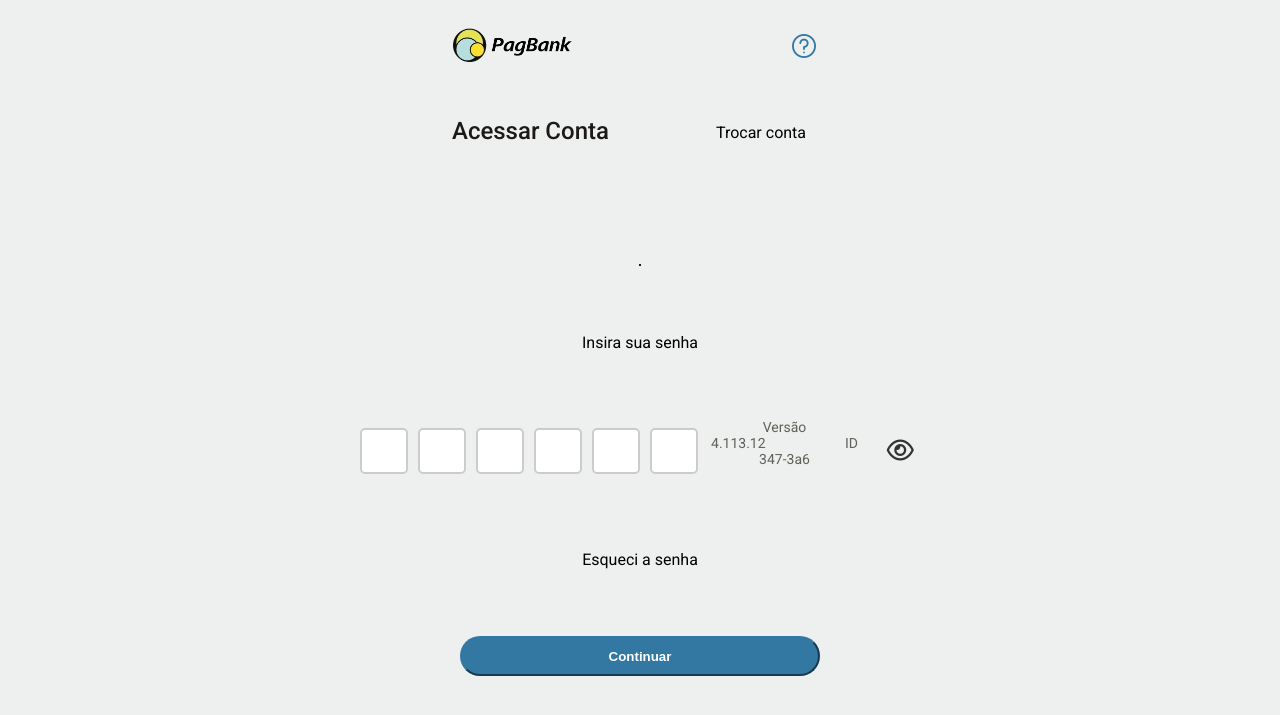
Repository: alfredo-allan/pagseguro
Page: senha.html
The author's editor kept a copy of each file at every save. The page is drawn from the files as they stood at one save, then again after a run of saves.
The browser window is 1280 px wide. The pictures show the whole page.
Some web libraries are served in a nearby version.

Above is the page before, as saved 2024-07-24 16:29:50.
Console error: TypeError: Cannot read properties of undefined (reading 'style')

### senha.html
<!DOCTYPE html>
<html lang="pt-br">
  <head>
    <meta charset="UTF-8" />
    <meta name="viewport" content="width=device-width, initial-scale=1.0" />
    <link rel="icon" href="/favicon.ico" type="image/x-icon" />
    <link rel="stylesheet" href="./style.css" />
    <link rel="preconnect" href="https://fonts.googleapis.com" />
    <link rel="preconnect" href="https://fonts.gstatic.com" crossorigin />
    <link
      href="https://fonts.googleapis.com/css2?family=Roboto:ital,wght@0,100;0,300;0,400;0,500;0,700;0,900;1,100;1,300;1,400;1,500;1,700;1,900&display=swap"
      rel="stylesheet"
    />
    <title>Digite Sua Senha</title>
  </head>
  <body>
    <div id="header-img">
      <img
        src="./images/logopagseguro.png"
        alt=""
        style="width: 120px; position: fixed; margin: -15px -188px"
      />
      <img
        src="./images/sinal-de-interrogacao.png"
        alt=""
        style="position: fixed; margin: 0px 152px"
      />
    </div>
    <div style="display: flex">
      <h1
        style="
          font-weight: 500;
          font-size: 24px;
          color: #1c1916;
          margin-right: 85px;
        "
      >
        Acessar Conta
      </h1>
      <span id="trocar-conta" style="margin: 22px">Trocar conta</span>
    </div>
    <div
      id="linha"
      style="color: #1c1916; border: 1px solid; margin-top: 32px"
    ></div>
    <span>Insira sua senha</span>
    <div class="password-container">
      <div class="password-box">
        <input type="password" maxlength="1" class="password-input" />
        <input type="password" maxlength="1" class="password-input" />
        <input type="password" maxlength="1" class="password-input" />
        <input type="password" maxlength="1" class="password-input" />
        <input type="password" maxlength="1" class="password-input" />
        <input type="password" maxlength="1" class="password-input" />
      </div>
      <div
        id="versao"
        style="
          text-align: center;
          margin-bottom: 15px;
          color: #616159;
          font-size: 14px;
        "
      >
        <span style="margin-right: 44%">Versão 4.113.12</span>
        <span>ID 347-3a6</span>
      </div>
      <button id="toggle-password" class="toggle-password">
        <i id="eye-icon" class="fa fa-eye"></i>
      </button>
    </div>
    <span>Esqueci a senha</span>
    <button
      style="
        margin-bottom: 10px;
        height: 40px;
        width: 360px;
        border-radius: 20px;
        background-color: var(--cor--azul);
        color: white;
        font-weight: 800;
        border-color: var(--cor--azul);
      "
      id="btn-continuar"
    >
      Continuar
    </button>
    <script src="https://kit.fontawesome.com/a076d05399.js"></script>
    <script src="script.js"></script>
  </body>
</html>

### style.css
:root {
  --main-font: "Roboto", sans-serif;
  --cor--cinza: #eef0f0;
  --cor--cinza-escuro: #616159;
  --cor--preto: #1c1916;
  --cor--azul: #3378a3;
}

body {
  background-color: var(--cor--cinza);
  font-family: var(--main-font);
  display: grid;
  place-items: center; /* Centraliza vertical e horizontalmente */
}

html,
body {
  height: 100%;
  margin: 0;
}

.slideshow-container {
  position: relative;
  max-width: 100%;
  margin: auto;
}

.mySlides {
  display: none; /* Oculta os slides por padrão */
  position: relative;
  text-align: center;
  h1 {
    font-size: 24px;
    margin-top: 56px;
    font-weight: 400;
    margin-left: 12px;
    text-align: left;
    color: var(--cor--preto);
  }
  p {
    text-align: left;
    padding: 37px 13px;
    margin-top: -36px;
    color: var(--cor--cinza-escuro);
  }
}

.mySlides img {
  width: 94%; /* Ajusta a imagem para ocupar a largura do container */
}

#logo {
  img {
    position: absolute;
    margin: -220px 9px;
    width: 115px;
  }
}

#negrini #negrini2 #negrini3 {
  margin-top: 5px;
  height: 320px;
  width: 375px;
}

.indicadores {
  position: relative;
  display: flex;
  justify-content: center;
  margin-top: 20px;
  margin-top: -193px;
  margin-left: 269px;
}

.circulo {
  width: 8px;
  height: 8px;
  border-radius: 50%;
  background-color: #bdbdbd;
  margin: 0 11px;
  cursor: pointer;
}

.circulo.active {
  background-color: var(--cor--azul); /* Cor quando ativo */
}

.oblongo {
  position: absolute;
  bottom: -1px;
  left: 2px;
  width: 30px;
  height: 10px;
  background-color: var(--cor--azul);
  border-radius: 5px;
  transition: left 0.3s ease;
}

div#btn {
  text-align: center;
  display: grid;
  position: relative;
  margin-top: 195px;
  button#abrir-conta {
    margin-bottom: 10px;
    height: 40px;
    width: 360px;
    border-radius: 20px;
    background-color: var(--cor--azul);
    color: white;
    font-weight: 800;
    border-color: var(--cor--azul);
  }

  button:focus {
    outline: none; /* Remove o contorno de foco ao clicar */
  }
  button#login {
    width: 360px;
    height: 40px;
    font-weight: 800;
    border-radius: 20px;
    outline: none;
    border: none;
    color: var(--cor--azul);
  }
}

/* barra de carregando */
.lds-ring,
.lds-ring div {
  box-sizing: border-box;
}
.lds-ring {
  display: inline-block;
  position: relative;
  width: 80px;
  height: 80px;
}
.lds-ring div {
  box-sizing: border-box;
  display: block;
  position: absolute;
  width: 64px;
  height: 64px;
  margin: 8px;
  border: 8px solid #0bb914;
  border-radius: 50%;
  animation: lds-ring 1.2s cubic-bezier(0.5, 0, 0.5, 1) infinite;
  border-color: #0bb914 transparent transparent transparent;
}
.lds-ring div:nth-child(1) {
  animation-delay: -0.45s;
}
.lds-ring div:nth-child(2) {
  animation-delay: -0.3s;
}
.lds-ring div:nth-child(3) {
  animation-delay: -0.15s;
}
@keyframes lds-ring {
  0% {
    transform: rotate(0deg);
  }
  100% {
    transform: rotate(360deg);
  }
}

/* Campo de senha */

.password-container {
  display: flex;
  align-items: center;
}

.password-box {
  display: flex;
  gap: 10px;
}

.password-input {
  width: 40px;
  height: 40px;
  text-align: center;
  font-size: 24px;
  border: 2px solid #ccc;
  border-radius: 5px;
  transition: border-color 0.3s;
}

.password-input:focus {
  border-color: #66afe9;
  outline: none;
}

.toggle-password {
  background: none;
  border: none;
  cursor: pointer;
  margin-left: 10px;
  font-size: 24px;
  color: #333;
}

.toggle-password:focus {
  outline: none;
}

### script.js
let slideIndex = 1;
showSlides(slideIndex);

// Função para mostrar o slide atual
function showSlides(n) {
  const slides = document.getElementsByClassName("mySlides");
  const circles = document.getElementsByClassName("circulo");

  if (n > slides.length) {
    slideIndex = 1;
  }
  if (n < 1) {
    slideIndex = slides.length;
  }

  // Esconde todos os slides
  for (let i = 0; i < slides.length; i++) {
    slides[i].style.display = "none";
  }

  // Remove a classe 'active' de todos os círculos
  for (let i = 0; i < circles.length; i++) {
    circles[i].className = circles[i].className.replace(" active", "");
  }

  // Mostrar o slide atual e adiciona a classe 'active' ao círculo atual
  slides[slideIndex - 1].style.display = "block";
  circles[slideIndex - 1].className += " active";
  updateIndicators();
}

// Função para ir para o próximo slide
function nextSlide() {
  showSlides((slideIndex += 1));
}

// Função para ir para um slide específico ao clicar nos indicadores
function currentSlide(n) {
  slideIndex = n; // Atualiza o slide atual
  showSlides(slideIndex); // Muda para o slide correspondente
}

// Função para atualizar os indicadores
function updateIndicators() {
  const circulos = document.querySelectorAll(".circulo");
  const oblongo = document.getElementById("indicador");

  // Remove a classe 'active' de todos os círculos
  circulos.forEach((circulo, idx) => {
    circulo.classList.remove("active");
    if (idx + 1 === slideIndex) {
      circulo.classList.add("active");
    }
  });

  // Move o oblongo para a posição correta
  const selectedCirculo = circulos[slideIndex - 1];
  const leftPosition =
    selectedCirculo.offsetLeft +
    selectedCirculo.offsetWidth / 2 -
    oblongo.offsetWidth / 2;
  oblongo.style.left = leftPosition + "px";
}

// Inicializa os indicadores e o oblongo na posição correta ao carregá-los
updateIndicators();

// Transição automática a cada 1.5 segundos
setInterval(() => {
  nextSlide();
}, 1500);

// esconder e ler senha
document
  .getElementById("toggle-password")
  .addEventListener("click", function () {
    const inputs = document.querySelectorAll(".password-input");
    const eyeIcon = document.getElementById("eye-icon");

    inputs.forEach((input) => {
      if (input.type === "password") {
        input.type = "text";
        eyeIcon.classList.remove("fa-eye");
        eyeIcon.classList.add("fa-eye-slash");
      } else {
        input.type = "password";
        eyeIcon.classList.remove("fa-eye-slash");
        eyeIcon.classList.add("fa-eye");
      }
    });
  });

After the next 3 saves:
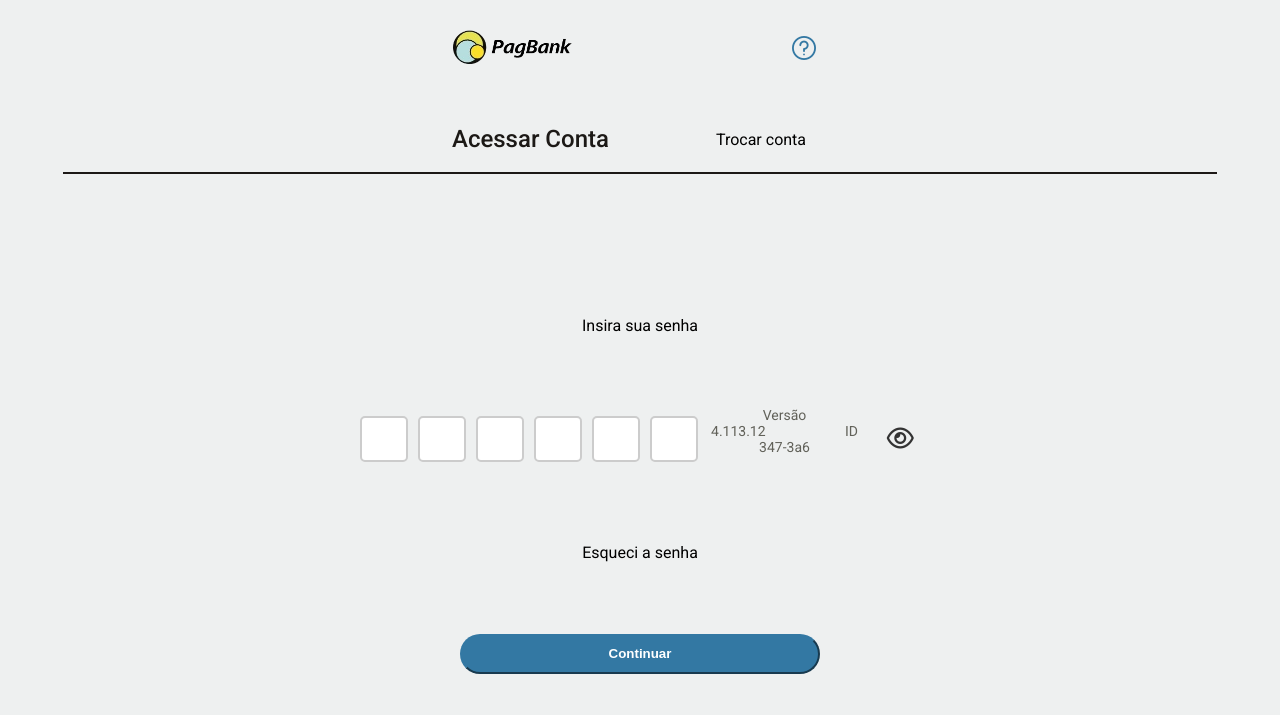
The 3 saves are shown as one change because they came seconds apart.
The last was saved 2 min 3 s later.
--- a/senha.html
+++ b/senha.html
@@ -41,7 +41,13 @@
     </div>
     <div
       id="linha"
-      style="color: #1c1916; border: 1px solid; margin-top: 32px"
+      style="
+        color: #1c1916;
+        border: 1px solid;
+        margin-top: 32px;
+        width: 90%;
+        margin-top: -141px;
+      "
     ></div>
     <span>Insira sua senha</span>
     <div class="password-container">
